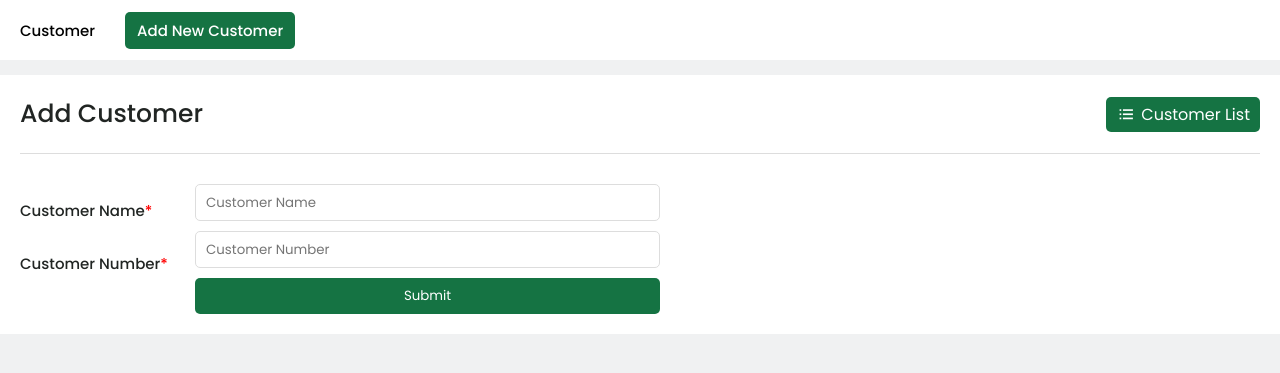
Repository: codebyaddro/customer-page
Page: pages/html/ancus.html
An editor plug-in stored every save of this project. The page is shown before and after a run of saves, followed by the edit.
The browser window is 1280 px wide. The pictures show the whole page.

Above is the page before, as saved 2025-02-20 15:16:45.

After the next 2 saves:
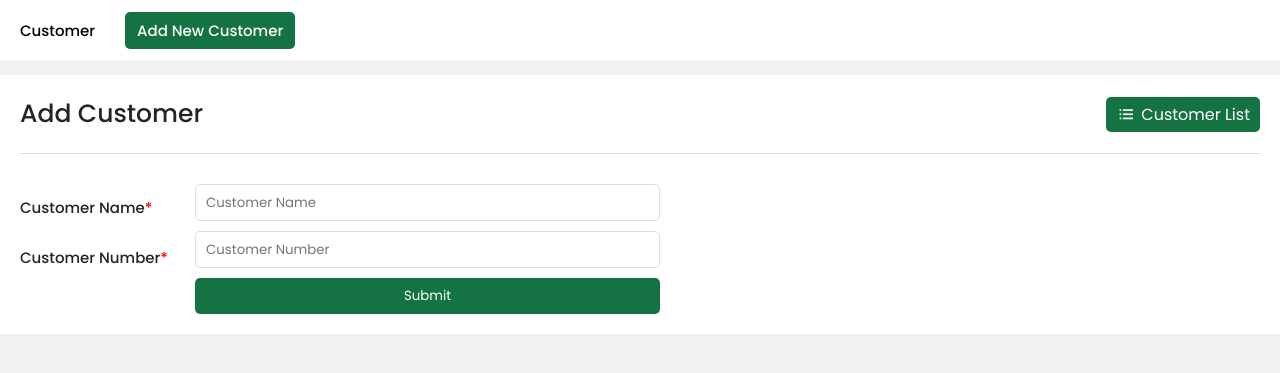
The 2 saves are shown as one change because they came seconds apart.
The last was saved 10 s later.
--- a/pages/css/ancus.css
+++ b/pages/css/ancus.css
@@ -158,7 +158,7 @@
     color: var(--light-black);
     font-size: 15px;
     font-weight: 500;
-    margin-top: 15px;
+    margin-top: 12px;
     margin-bottom: 15px;
 }
 
